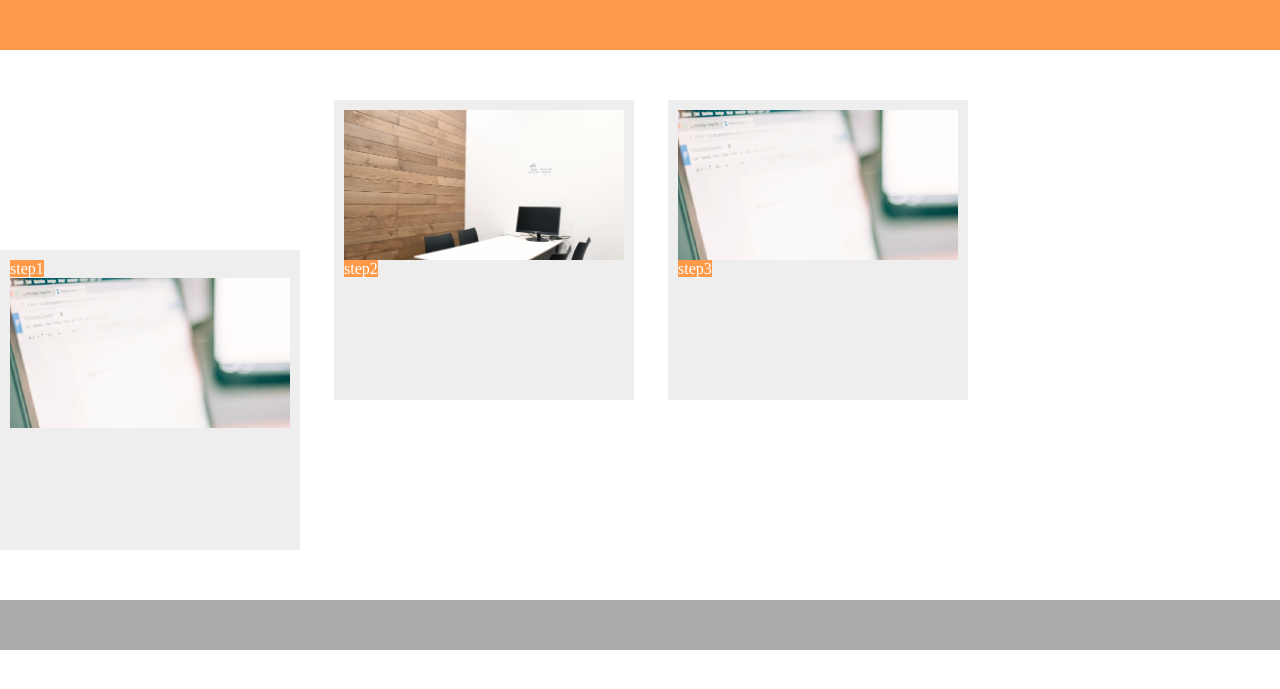
Repository: kiruha313/DWC
Page: exersise9/index.html
The author's editor kept a record of every edit. The page is drawn from the files as they stood at one moment, then again after the next edit.
The browser window is 1280 px wide. The pictures show the whole page.

Above is the page before.

After the next edit:
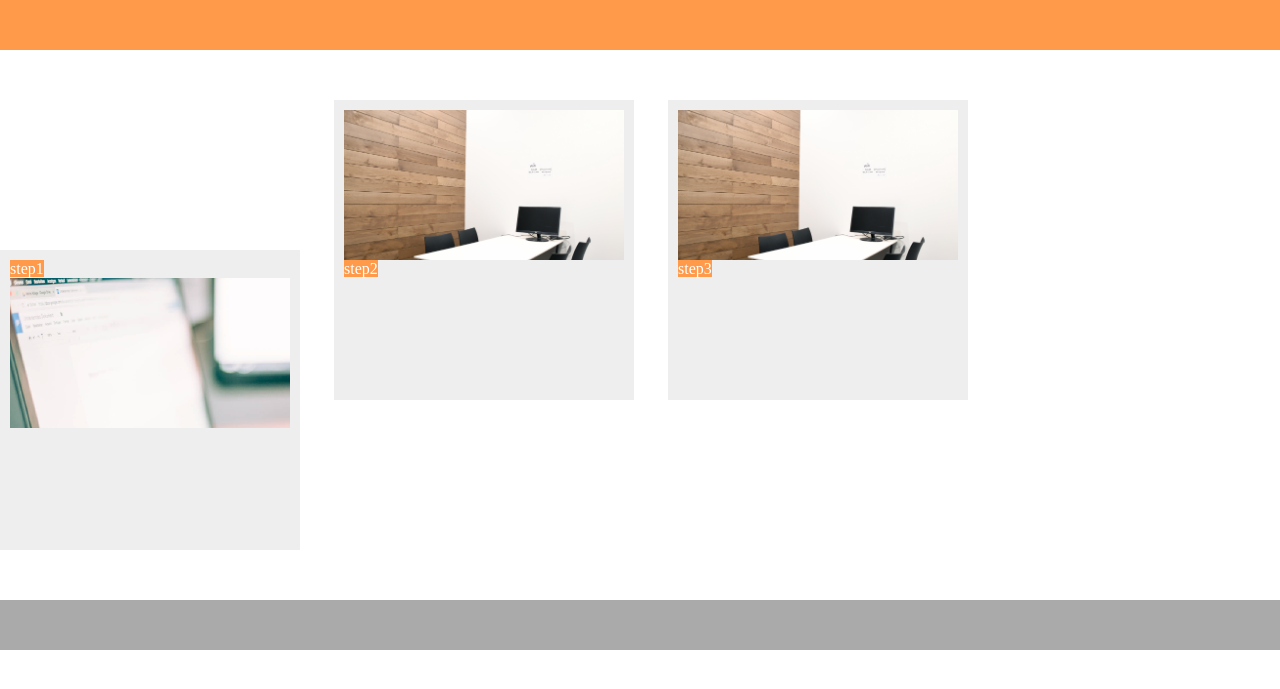
The edit:
--- a/exersise9/index.html
+++ b/exersise9/index.html
@@ -20,8 +20,8 @@
     </div>
 
     <div class="step">
-      <div class="step1-img"></div>
-      <span class="step1">step3</span>
+      <div class="step2-img"></div>
+      <span class="step3">step3</span>
     </div>
 
     <div class="gray"></div>
